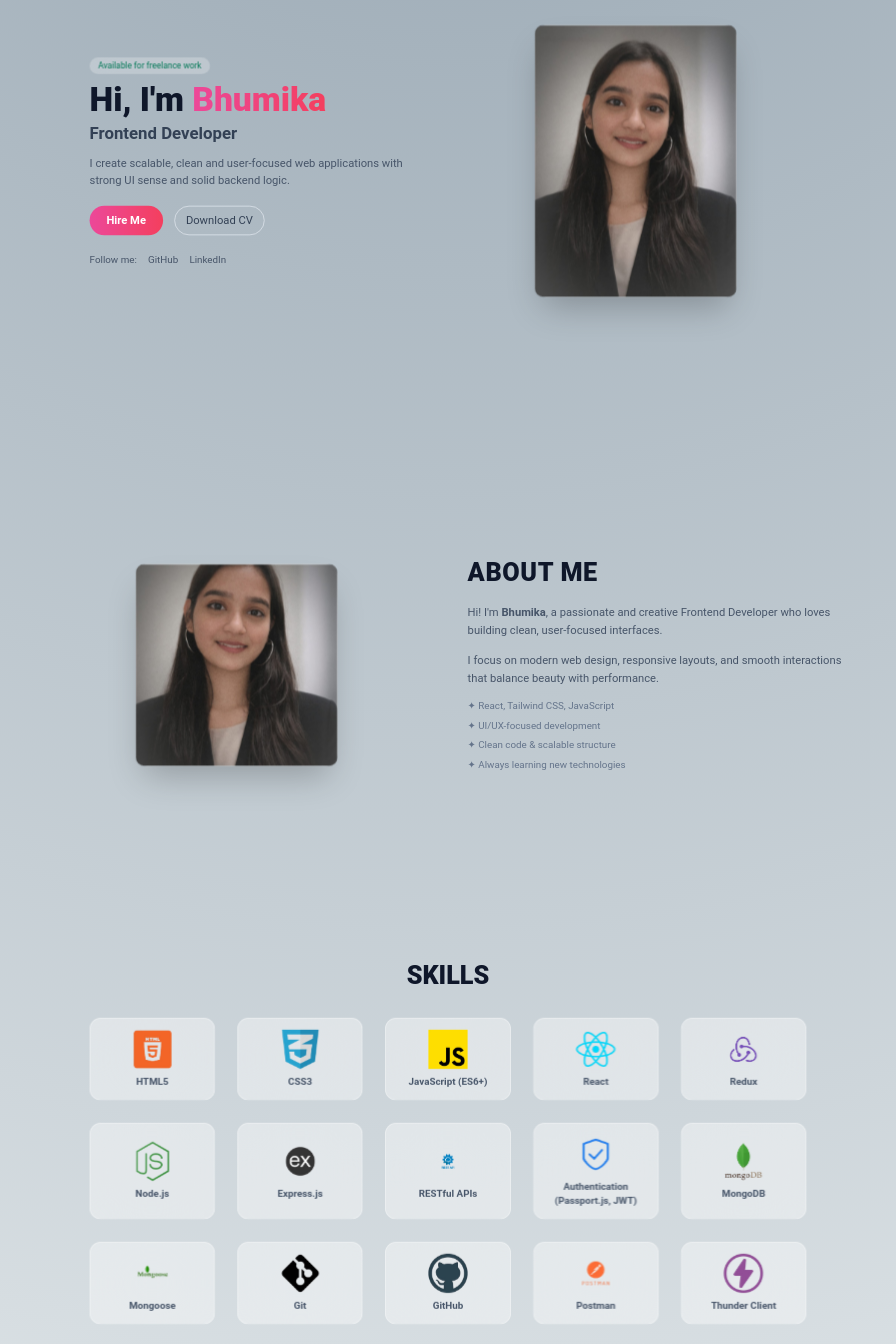
Repository: bhumikamourya/portfolio
Page: /
These files come from the project's save history. The page is drawn as it stood at one moment and after the next save; the edit follows.
The browser window is 1280 px wide. The pictures show the part of the page from y = 850 to 2770 px (the page is 5262 px tall), at 70% of full size.
Some web libraries are served in a nearby version. The project was rebuilt for these pictures with package versions that can differ from the ones it lists, and the page was loaded fresh each time.

Above is the page before, as saved 2026-01-31 12:59:57.

After the next save:
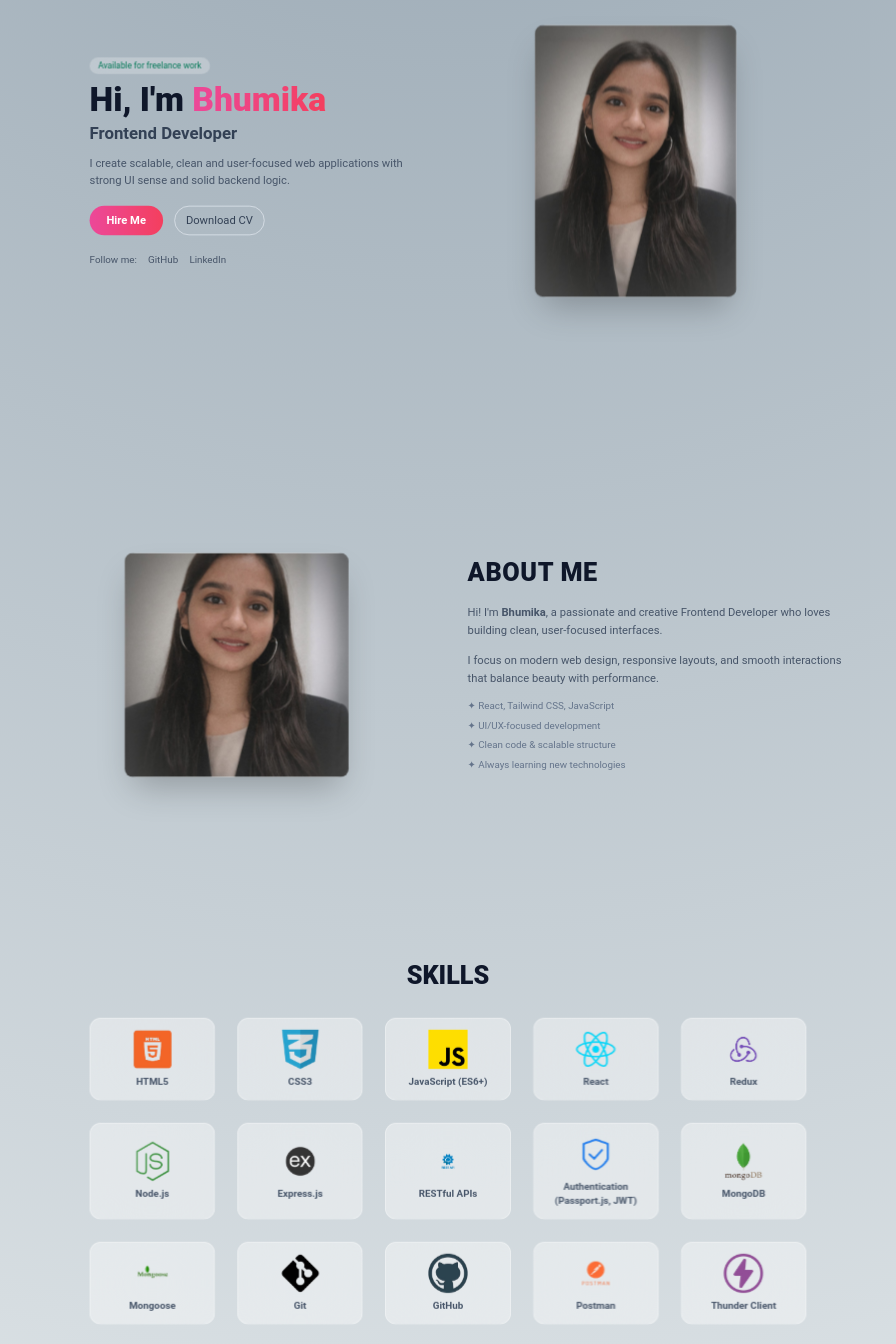
Saved 3 min 45 s later.
--- a/src/components/About.js
+++ b/src/components/About.js
@@ -53,7 +53,7 @@
               <img
                 src="/assets/profile.jpeg"
                 alt="Avatar"
-                className="w-72 h-72 object-cover rounded-xl"
+                className="w-80 h-80 object-cover rounded-xl"
               />
             </div>
           </div>
